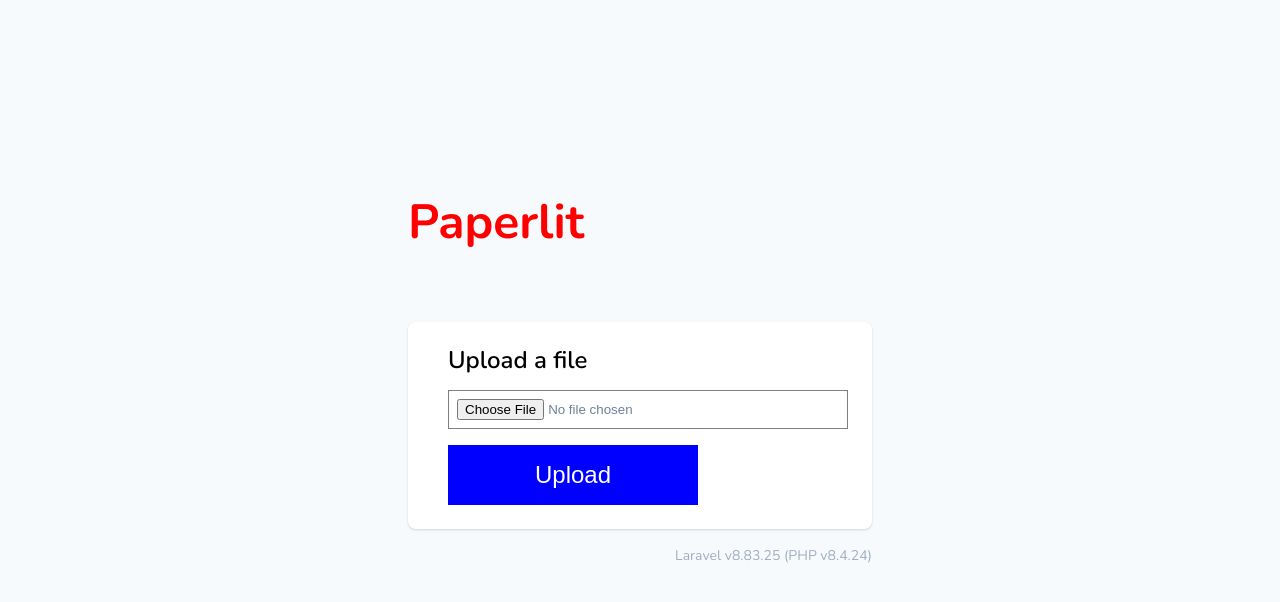
Repository: mirkopeloso/paperlit
Page: http://localhost/
The author's editor kept a copy of each file at every save. The page is drawn from the files as they stood at one save, then again after a run of saves.
The browser window is 1280 px wide. The pictures show the whole page.
The page is served by the project's Laravel application, run on PHP 8.4 with Laravel 8. Other server files are loaded and not shown.

Above is the page before, as saved 2021-02-11 11:17:00.

### routes/web.php
<?php

use Illuminate\Support\Facades\Route;
use App\Http\Controllers\Controller;

/*
|--------------------------------------------------------------------------
| Web Routes
|--------------------------------------------------------------------------
|
| Here is where you can register web routes for your application. These
| routes are loaded by the RouteServiceProvider within a group which
| contains the "web" middleware group. Now create something great!
|
*/

Route::get('/', function () {
    return view('welcome');
});



Route::post('/upload-file', [Controller::class, 'fileUpload'])->name('fileUpload');

### resources/views/welcome.blade.php
<!DOCTYPE html>
<html lang="{{ str_replace('_', '-', app()->getLocale()) }}">
    <head>
        <meta charset="utf-8">
        <meta name="viewport" content="width=device-width, initial-scale=1">

        <title>Paperlit</title>

        <!-- Fonts -->
        <link href="https://fonts.googleapis.com/css2?family=Nunito:wght@400;600;700&display=swap" rel="stylesheet">

        <!-- Styles -->
        <style>
            /*! normalize.css v8.0.1 | MIT License | github.com/necolas/normalize.css */html{line-height:1.15; font-size:16px;-webkit-text-size-adjust:100%}body{margin:0}a{background-color:transparent}[hidden]{display:none}html{font-family:system-ui,-apple-system,BlinkMacSystemFont,Segoe UI,Roboto,Helvetica Neue,Arial,Noto Sans,sans-serif,Apple Color Emoji,Segoe UI Emoji,Segoe UI Symbol,Noto Color Emoji;line-height:1.5}*,:after,:before{box-sizing:border-box;border:0 solid #e2e8f0}a{color:inherit;text-decoration:inherit}svg,video{display:block;vertical-align:middle}video{max-width:100%;height:auto}.bg-white{--bg-opacity:1;background-color:#fff;background-color:rgba(255,255,255,var(--bg-opacity))}.bg-gray-100{--bg-opacity:1;background-color:#f7fafc;background-color:rgba(247,250,252,var(--bg-opacity))}.border-gray-200{--border-opacity:1;border-color:#edf2f7;border-color:rgba(237,242,247,var(--border-opacity))}.border-t{border-top-width:1px}.flex{display:flex}.grid{display:grid}.hidden{display:none}.items-center{align-items:center}.justify-center{justify-content:center}.font-semibold{font-weight:600}.h-5{height:1.25rem}.h-8{height:2rem}.h-16{height:4rem}.text-sm{font-size:.875rem}.text-lg{font-size:1.5rem !important}.leading-7{line-height:1.75rem}.mx-auto{margin-left:auto;margin-right:auto}.ml-1{margin-left:.25rem}.mt-2{margin-top:.5rem}.mr-2{margin-right:.5rem}.ml-2{margin-left:.5rem}.mt-4{margin-top:1rem}.ml-4{margin-left:1rem}.mt-8{margin-top:2rem}.ml-12{margin-left:3rem}.-mt-px{margin-top:-1px}.max-w-6xl{max-width:72rem}.min-h-screen{min-height:100vh}.overflow-hidden{overflow:hidden}.p-6{padding:1.5rem}.py-4{padding-top:1rem;padding-bottom:1rem}.px-6{padding-left:1.5rem;padding-right:1.5rem}.pt-8{padding-top:2rem}.fixed{position:fixed}.relative{position:relative}.top-0{top:0}.right-0{right:0}.shadow{box-shadow:0 1px 3px 0 rgba(0,0,0,.1),0 1px 2px 0 rgba(0,0,0,.06)}.text-center{text-align:center}.text-gray-200{--text-opacity:1;color:#edf2f7;color:rgba(237,242,247,var(--text-opacity))}.text-gray-300{--text-opacity:1;color:#e2e8f0;color:rgba(226,232,240,var(--text-opacity))}.text-gray-400{--text-opacity:1;color:#cbd5e0;color:rgba(203,213,224,var(--text-opacity))}.text-gray-500{--text-opacity:1;color:#a0aec0;color:rgba(160,174,192,var(--text-opacity))}.text-gray-600{--text-opacity:1;color:#718096;color:rgba(113,128,150,var(--text-opacity))}.text-gray-700{--text-opacity:1;color:#4a5568;color:rgba(74,85,104,var(--text-opacity))}.text-gray-900{--text-opacity:1;color:#1a202c;color:rgba(26,32,44,var(--text-opacity))}.underline{text-decoration:underline}.antialiased{-webkit-font-smoothing:antialiased;-moz-osx-font-smoothing:grayscale}.w-5{width:1.25rem}.w-8{width:2rem}.w-auto{width:auto}.grid-cols-1{grid-template-columns:repeat(1,minmax(0,1fr))}@media (min-width:640px){.sm\:rounded-lg{border-radius:.5rem}.sm\:block{display:block}.sm\:items-center{align-items:center}.sm\:justify-start{justify-content:flex-start}.sm\:justify-between{justify-content:space-between}.sm\:h-20{height:5rem}.sm\:ml-0{margin-left:0}.sm\:px-6{padding-left:1.5rem;padding-right:1.5rem}.sm\:pt-0{padding-top:0}.sm\:text-left{text-align:left}.sm\:text-right{text-align:right}}@media (min-width:768px){.md\:border-t-0{border-top-width:0}.md\:border-l{border-left-width:1px}.md\:grid-cols-2{grid-template-columns:repeat(2,minmax(0,1fr))}}@media (min-width:1024px){.lg\:px-8{padding-left:2rem;padding-right:2rem}}@media (prefers-color-scheme:dark){.dark\:bg-gray-800{--bg-opacity:1;background-color:#2d3748;background-color:rgba(45,55,72,var(--bg-opacity))}.dark\:bg-gray-900{--bg-opacity:1;background-color:#1a202c;background-color:rgba(26,32,44,var(--bg-opacity))}.dark\:border-gray-700{--border-opacity:1;border-color:#4a5568;border-color:rgba(74,85,104,var(--border-opacity))}.dark\:text-white{--text-opacity:1;color:#fff;color:rgba(255,255,255,var(--text-opacity))}.dark\:text-gray-400{--text-opacity:1;color:#cbd5e0;color:rgba(203,213,224,var(--text-opacity))}}
        </style>

        <style>
            body {
                font-family: 'Nunito';
            }
            h1{
                color:red;
                font-size:3rem

            }

            button{
                background-color: blue;
                color:white;
                min-width:250px;
                padding:1rem;
            }

            input{
                border: 1px solid grey;
                min-width: 400px;
                padding: 0.5rem;
            }



        </style>
    </head>
    <body class="antialiased">
        <div class="relative flex items-top justify-center min-h-screen bg-gray-100 dark:bg-gray-900 sm:items-center sm:pt-0">
            @if (Route::has('login'))
                <div class="hidden fixed top-0 right-0 px-6 py-4 sm:block">
                    @auth
                        <a href="{{ url('/home') }}" class="text-sm text-gray-700 underline">Home</a>
                    @else
                        <a href="{{ route('login') }}" class="text-sm text-gray-700 underline">Login</a>

                        @if (Route::has('register'))
                            <a href="{{ route('register') }}" class="ml-4 text-sm text-gray-700 underline">Register</a>
                        @endif
                    @endauth
                </div>
            @endif

            <div class="max-w-6xl mx-auto sm:px-6 lg:px-8">
                <div class="flex justify-center pt-8 sm:justify-start sm:pt-0 leading-1">
                    <h1>Paperlit</h1>
                </div>

                <div class="mt-8 bg-white dark:bg-gray-800 overflow-hidden shadow sm:rounded-lg">
                    <div class="grid grid-cols-1">
                        <div class="p-6">
                            <div class="flex items-center">
                                <div class="ml-4 text-lg leading-7 font-semibold">Upload a file</div>
                            </div>

                            <div class="ml-4">
                                <div class="mt-4 text-gray-600 dark:text-gray-400 ">



                                    <form action="{{route('fileUpload')}}" method="post" enctype="multipart/form-data">
                                          @csrf

                                          <div class="custom-file">
                                              <input type="file" name="file"  id="chooseFile">
                                          </div>

                                          <button type="submit" name="submit" class="btn btn-primary btn-block mt-4 text-lg">
                                              Upload
                                          </button>


                                          @if ($message = Session::get('success'))
                                          <div class="alert alert-success">
                                              <strong>{{ $message }}</strong>
                                          </div>
                                        @endif

                                        @if (count($errors) > 0)
                                          <div class="alert alert-danger">
                                          <h4>Error for user ID {{Session::get('errorUser')}}</h4>
                                              <ul>
                                                  @foreach ($errors->all() as $error)
                                                    <li>{{ $error }}</li>
                                                  @endforeach
                                              </ul>
                                          </div>
                                        @endif

                                      </form>
                                      @if ($result = Session::get('result'))
                                      <div class="mt-4 alert alert-success">
                                          <h3>Result:</h3>
                                            @foreach($result as $s)
                                            <p>
                                                <h4>User {{$s->user}} {{$s->name}} </h4>
                                                <ul>
                                                    @foreach($s->subscriptions as $ss)
                                                        <li>{{$ss->type}} from {{$ss->start}} to {{$ss->stop}} </li>
                                                    @endforeach
                                                </ul>
                                            </p>
                                            @endforeach
                                      </div>
                                    @endif
                                </div>
                            </div>
                        </div>
                    </div>
                </div>

                <div class="flex justify-center mt-4 sm:items-center sm:justify-between">
                    <div class="text-center text-sm text-gray-500 sm:text-left">

                    </div>

                    <div class="ml-4 text-center text-sm text-gray-500 sm:text-right sm:ml-0">
                        Laravel v{{ Illuminate\Foundation\Application::VERSION }} (PHP v{{ PHP_VERSION }})
                    </div>
                </div>
            </div>
        </div>
    </body>
</html>

Loaded but not shown: routes/auth.php (common file)

After the next 6 saves:
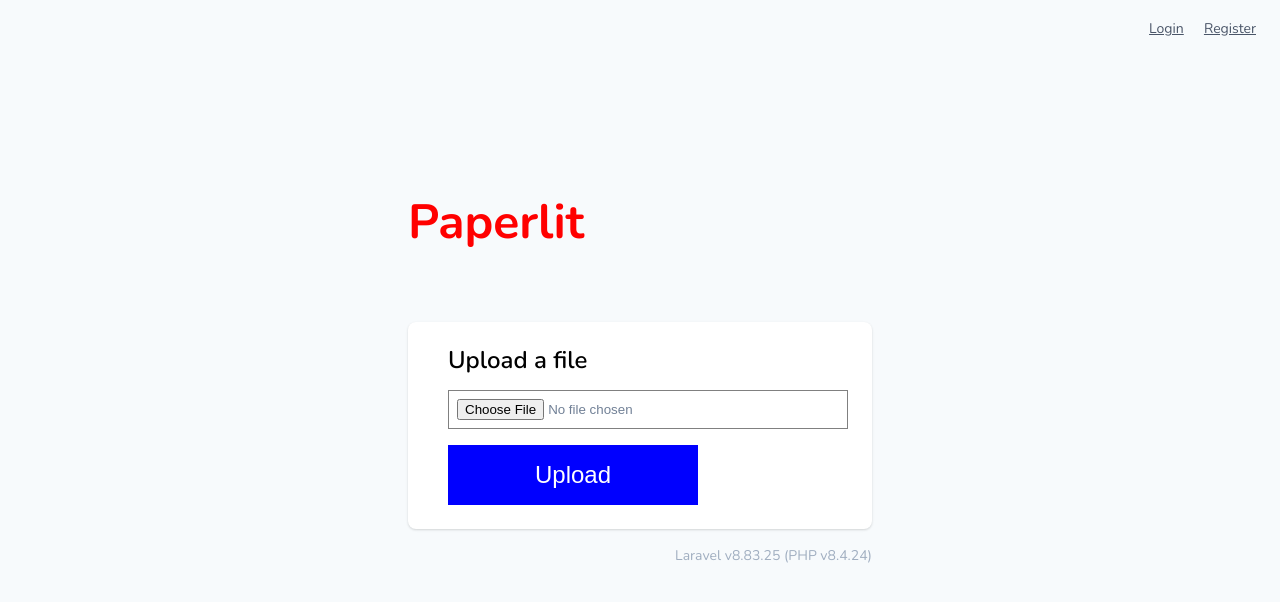
The 6 saves are shown as one change because 5 did not build or start.
The last was saved 2 min 50 s later.
--- a/routes/web.php
+++ b/routes/web.php
@@ -1,7 +1,6 @@
 <?php
 
 use Illuminate\Support\Facades\Route;
-use App\Http\Controllers\Controller;
 
 /*
 |--------------------------------------------------------------------------
@@ -19,5 +18,10 @@
 });
 
 
+Route::post('/fileUpload')->name('fileUpload');;
 
-Route::post('/upload-file', [Controller::class, 'fileUpload'])->name('fileUpload');
+Route::get('/dashboard', function () {
+    return view('dashboard');
+})->middleware(['auth'])->name('dashboard');
+
+require __DIR__.'/auth.php';
